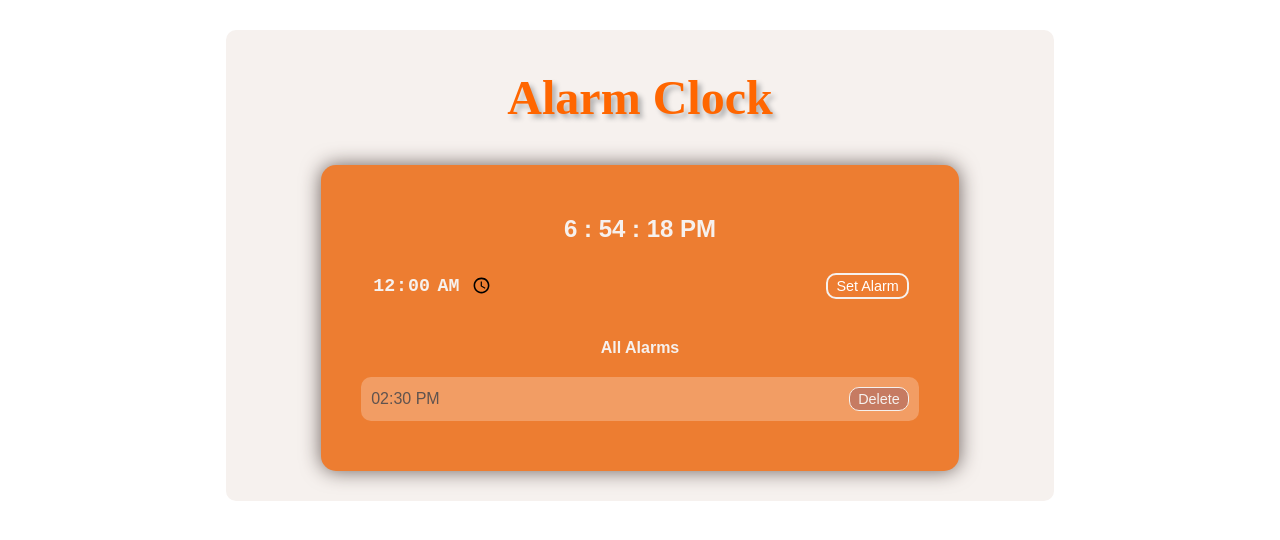
Repository: Pragya016/Alarm-Clock
Page: Index.html
An editor plug-in stored every save of this project. The page is shown before and after a run of saves, followed by the edit.
The browser window is 1280 px wide. The pictures show the whole page.

Above is the page before, as saved 2024-01-19 22:22:44.

After the next 3 saves:
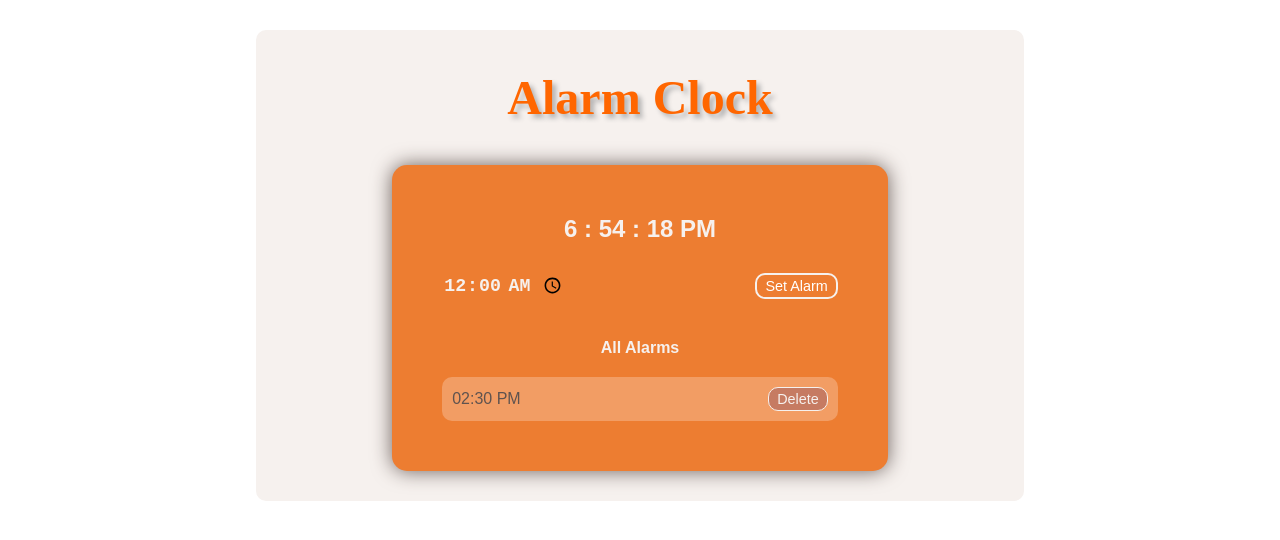
The 3 saves are shown as one change because they came seconds apart.
The last was saved 14 s later.
--- a/styles.css
+++ b/styles.css
@@ -16,7 +16,7 @@ body, html{
 }
 
 *{
-    /* box-sizing: border-box; */
+    box-sizing: border-box;
     margin: 0;
 }
 
